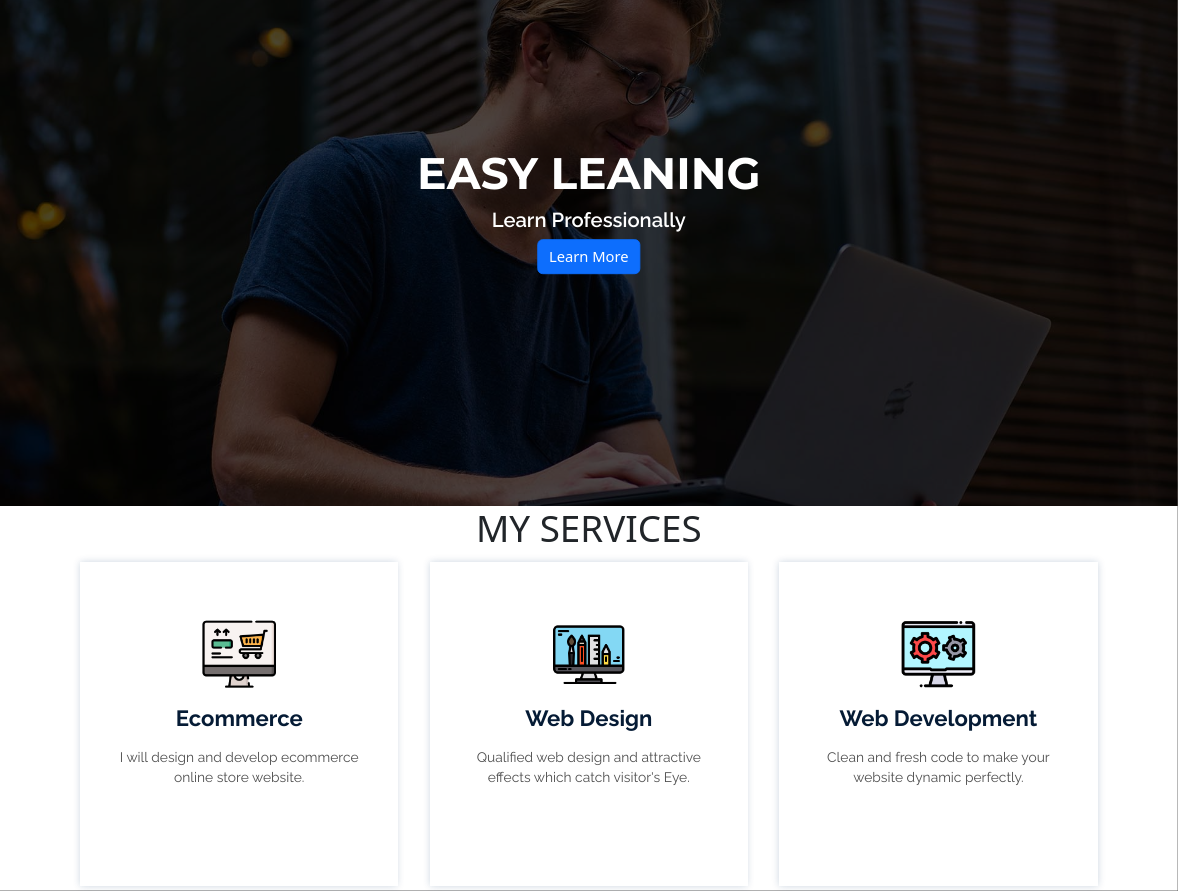
Repository: masamichan/free_video_app
Page: /
An editor plug-in stored every save of this project. The page is shown before and after the next save, followed by the edit.
The browser window is 1280 px wide. The pictures show the whole page, at 92% of full size.
Backgrounds fixed to the window are drawn as part of the page. The project was rebuilt for these pictures with package versions that can differ from the ones it lists, and the page was loaded fresh each time.

Above is the page before, as saved 2023-01-22 13:12:11.

After the next save:
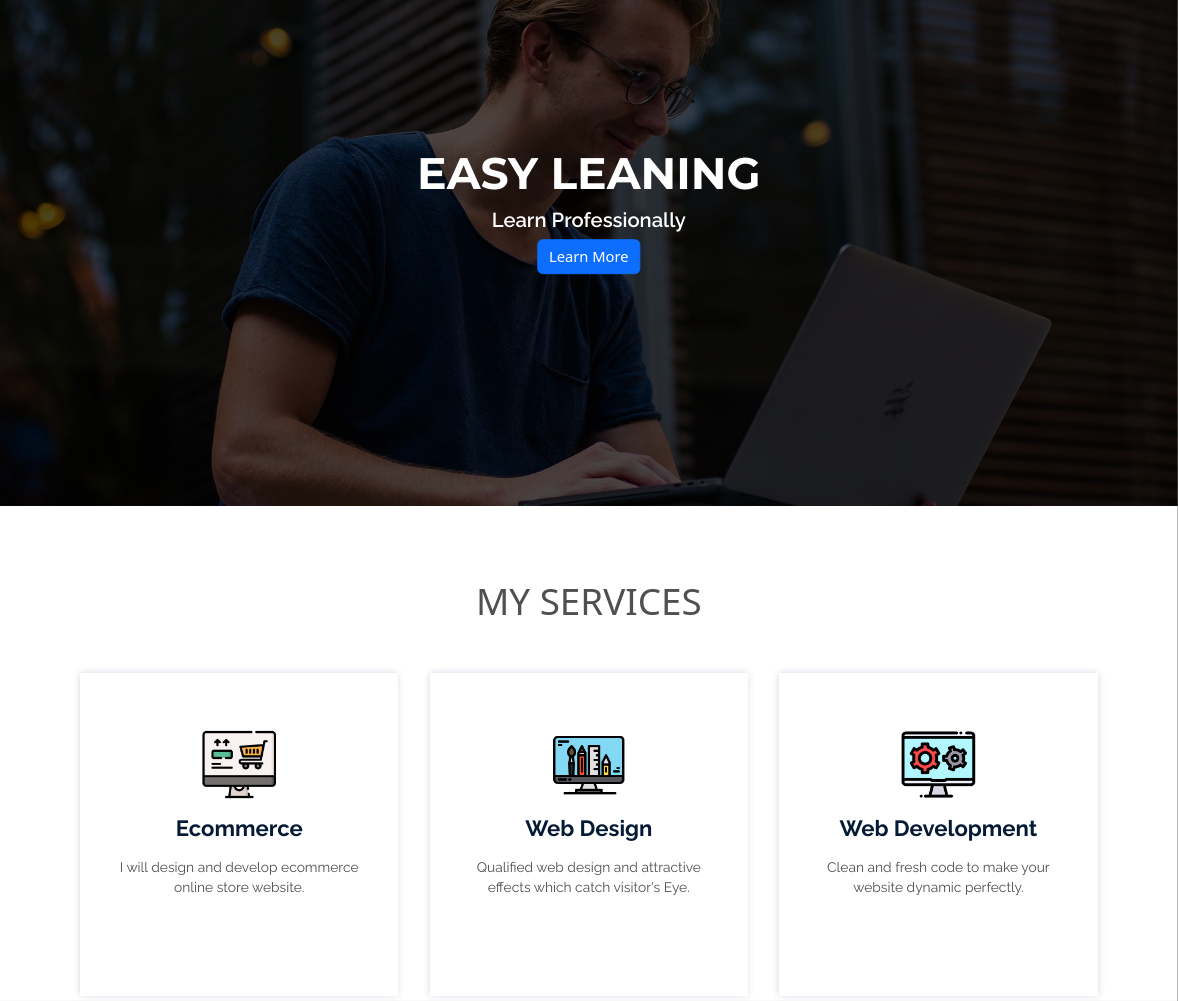
Saved 2 min 11 s later.
--- a/src/asset/css/custom.css
+++ b/src/asset/css/custom.css
@@ -75,3 +75,9 @@
   font-size: 15px;
   font-weight: 400;
 }
+
+.serviceMainTitle {
+  color: #505050;
+  margin-top: 5rem;
+  margin-bottom: 3rem;
+}
